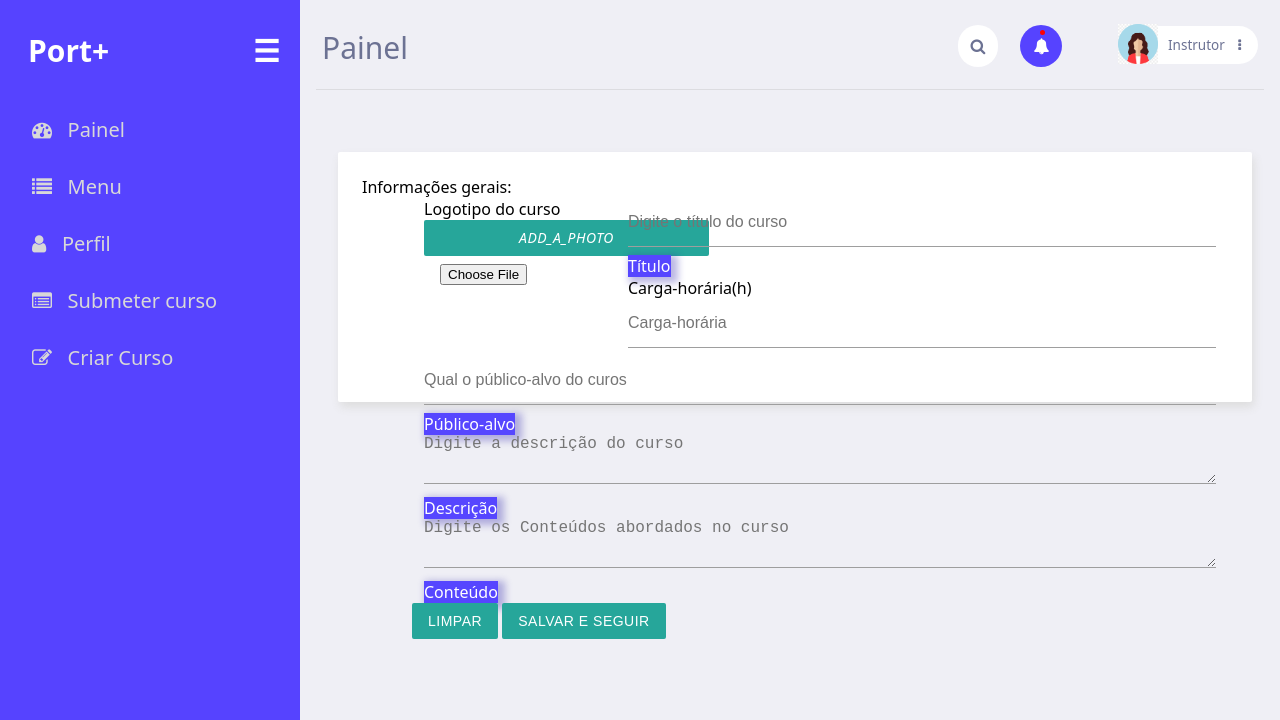
Repository: LauraMViana/Port-plus
Page: http://localhost/portPlus/criarCurso/criarCurso
An editor plug-in stored every save of this project. The page is shown before and after the next save, followed by the edit.
The browser window is 1280 px wide. The pictures show the whole page.
The page is this project's Thymeleaf template; nobody is signed in. The template is opened directly, without the code that normally fills it, so the values that code supplies are empty.

Above is the page before, as saved 2021-12-23 15:36:56.

After the next save:
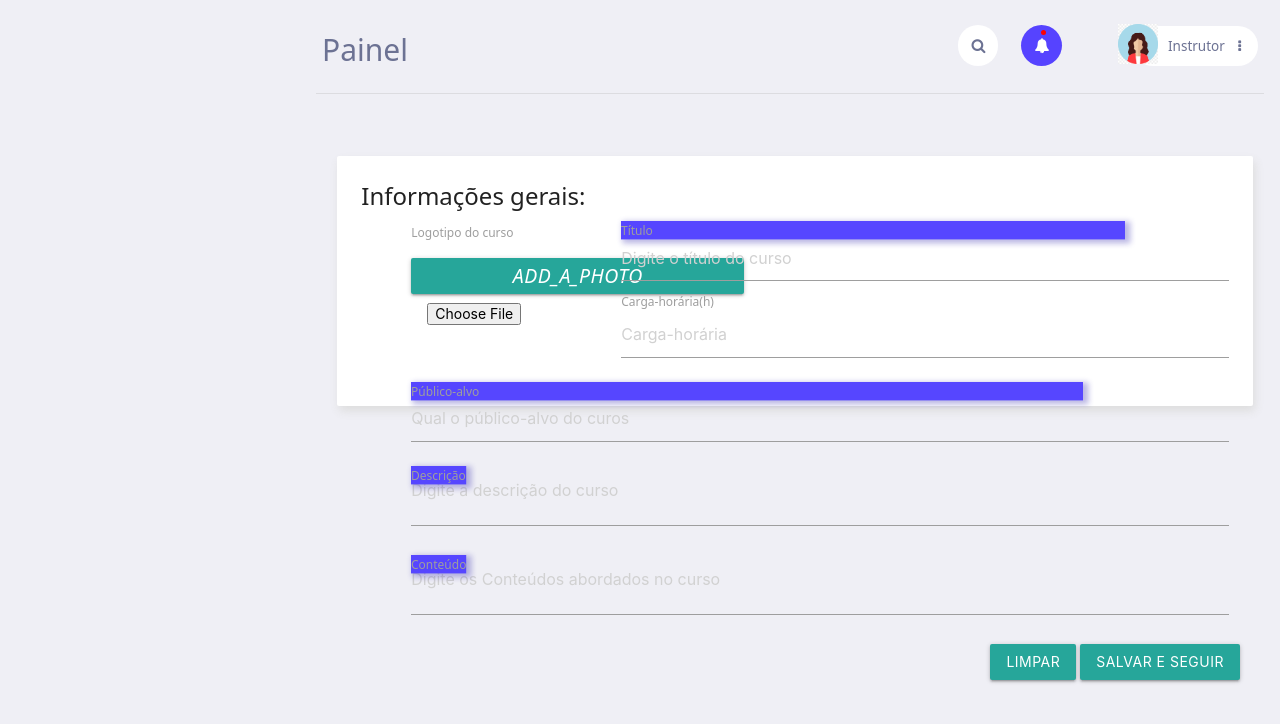
Saved 20 s later.
--- a/port/src/main/resources/templates/portPlus/criarCurso/criarCurso.html
+++ b/port/src/main/resources/templates/portPlus/criarCurso/criarCurso.html
@@ -6,8 +6,8 @@
 	href="https://cdnjs.cloudflare.com/ajax/libs/font-awesome/4.7.0/css/font-awesome.min.css">
 <!-- Compiled and minified CSS -->
 
-<!-- <link rel="stylesheet"
-	href="https://cdnjs.cloudflare.com/ajax/libs/materialize/1.0.0/css/materialize.min.css">  -->
+<link rel="stylesheet"
+	href="https://cdnjs.cloudflare.com/ajax/libs/materialize/1.0.0/css/materialize.min.css">
 <link href="https://fonts.googleapis.com/icon?family=Material+Icons"
 	rel="stylesheet">
 <link rel="stylesheet" href="/Style.css">
